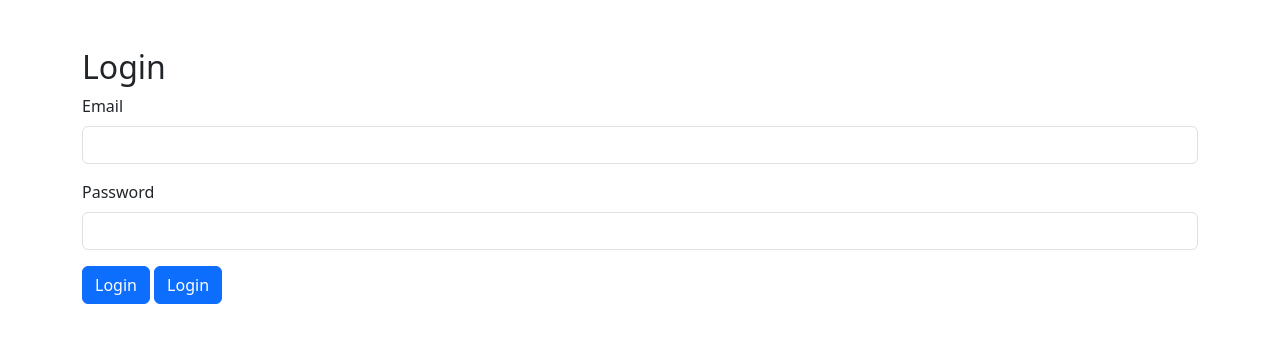
Repository: Abdulahi338/Authentication-using-laravel-11
Page: http://localhost/login
An editor plug-in stored every save of this project. The page is shown before and after the next save, followed by the edit.
The browser window is 1280 px wide. The pictures show the whole page.
The page is served by the project's Laravel application, run on PHP 8.4 with Laravel 12.

Above is the page before, as saved 2024-09-25 10:00:22.

After the next save:
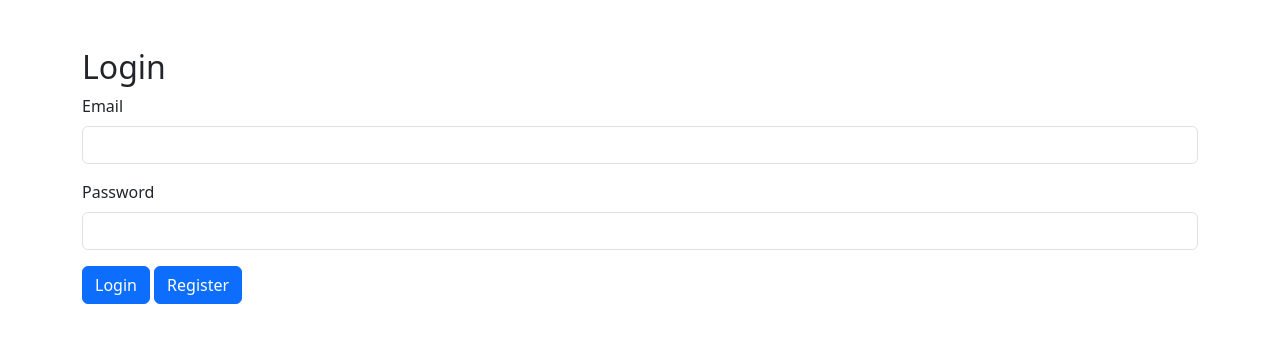
Saved 5 s later.
--- a/resources/views/auth/login.blade.php
+++ b/resources/views/auth/login.blade.php
@@ -36,7 +36,8 @@
                 <input type="password" class="form-control" id="password" name="password" required>
             </div>
             <button type="submit" class="btn btn-primary">Login</button>
-            <button type="submit" class="btn btn-primary">Login</button>
+            <button type="submit" class="btn btn-primary">            <a class="nav-link" href="{{ url('/register') }}">Register</a>
+            </button>
 
         </form>
     </div>
